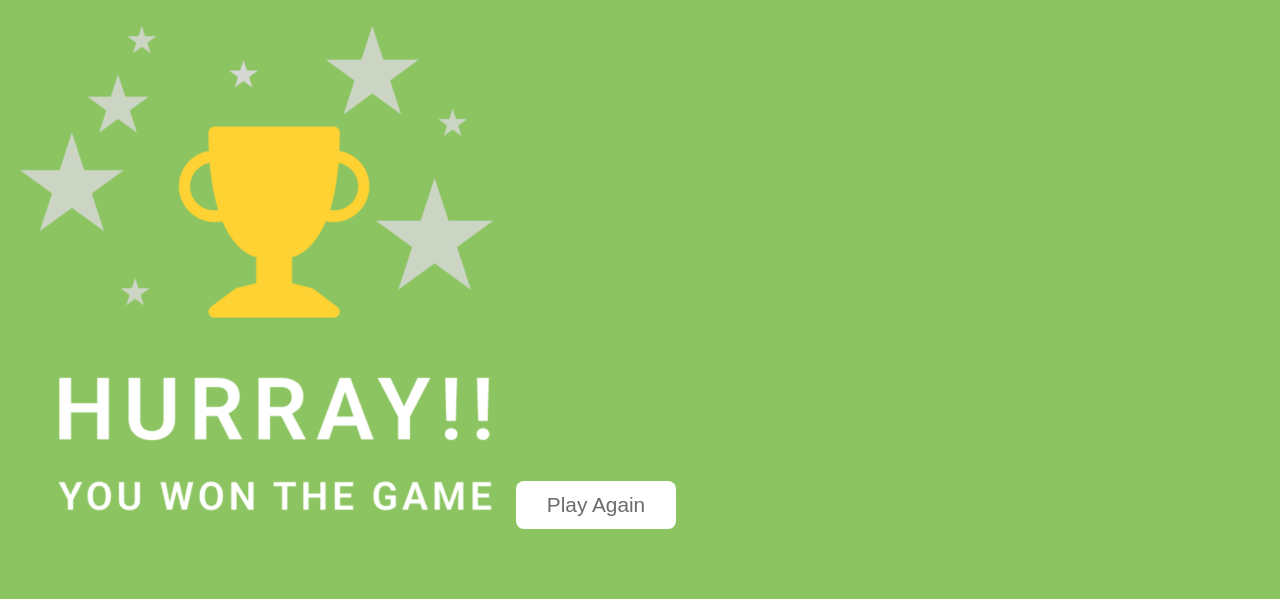
Repository: drumsmanku/Major-module-project-1
Page: hurray.html
The author's editor kept a copy of each file at every save. The page is drawn from the files as they stood at one save, then again after the next save.
The browser window is 1280 px wide. The pictures show the whole page.

Above is the page before, as saved 2023-04-30 23:55:26.

After the next save:
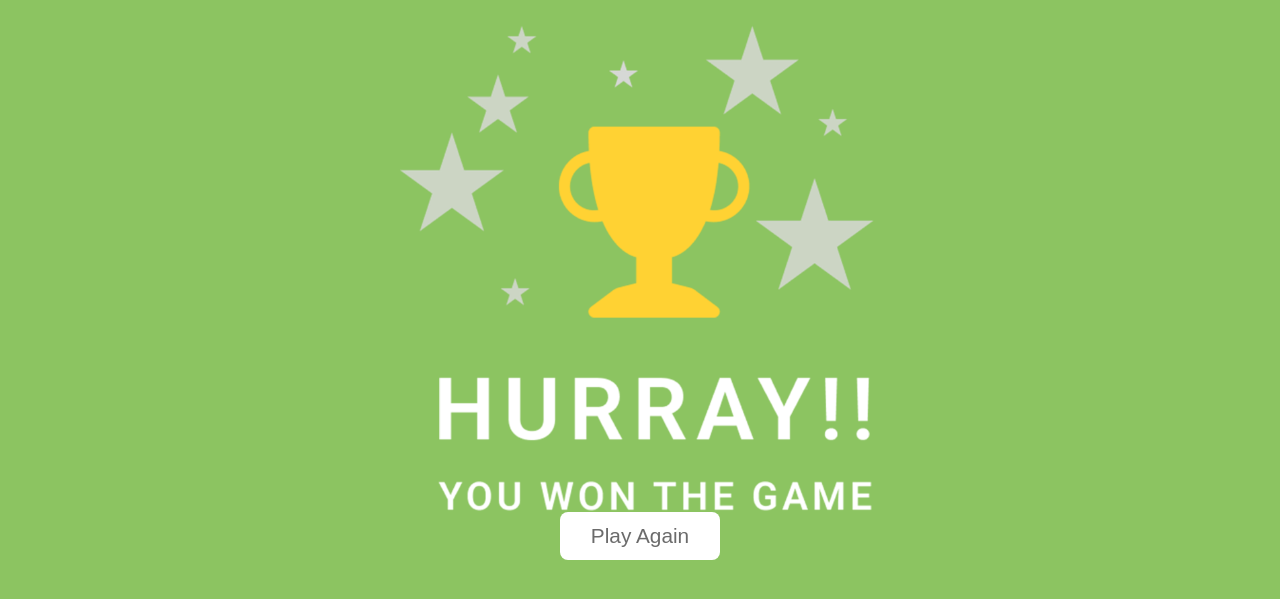
Saved 33 s later.
--- a/hurray.html
+++ b/hurray.html
@@ -8,6 +8,12 @@
   <style>
     body{
       background-color: #8CC461;
+    }
+    .container{
+      display: flex;
+      flex-direction: column;
+      align-items: center;
+      justify-content: center;
     }
     .container img{
       width: 70vh;
